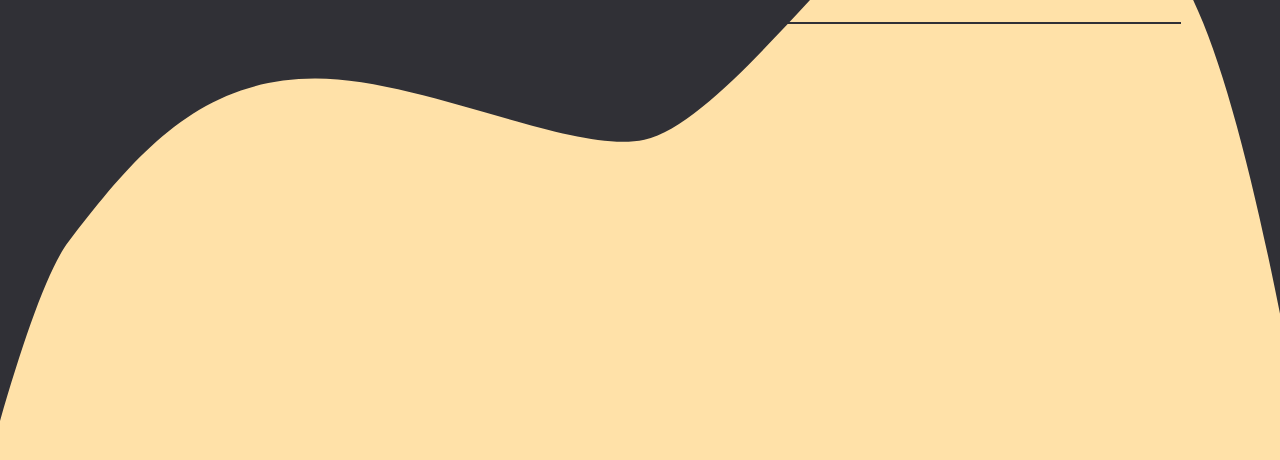
Repository: zhangolivia7/rot-recovery
Page: /
The author's editor kept a copy of each file at every save. The page is drawn from the files as they stood at one save, then again after the next save.
The browser window is 1280 px wide. The pictures show the whole page.
The project was rebuilt for these pictures with package versions that can differ from the ones it lists, and the page was loaded fresh each time. The framework's server and built-in components were replaced by stand-ins that run in the browser. Also part of the build but not shown: next.config.ts.

Above is the page before, as saved 2025-03-26 14:33:03.

After the next save:
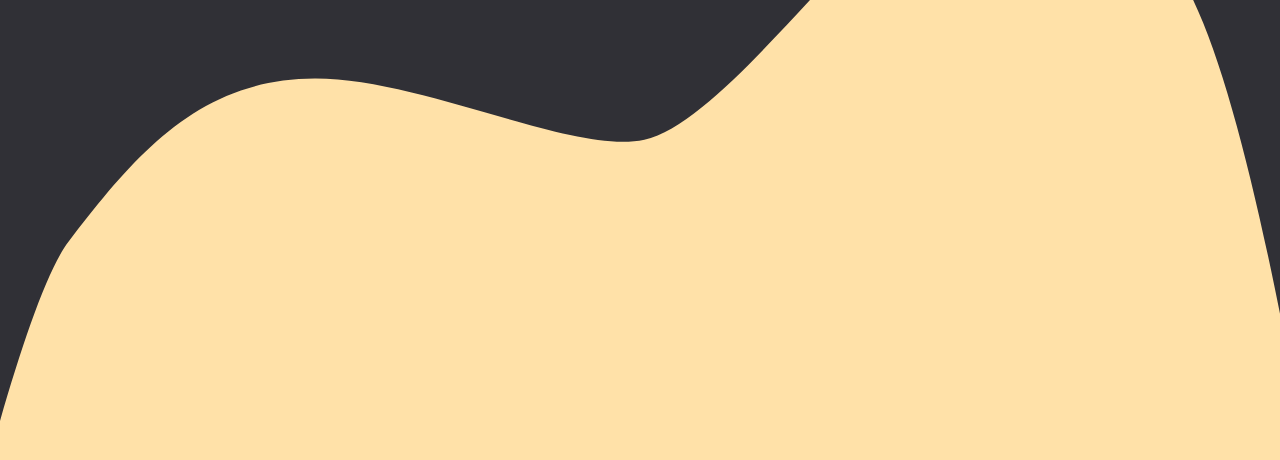
Saved 7 s later.
--- a/src/app/globals.css
+++ b/src/app/globals.css
@@ -75,5 +75,5 @@ h1 {
 
 #s1 h1 {
   position: absolute;
-  margin-left: 50%;
+  margin-left: 40%;
 }
